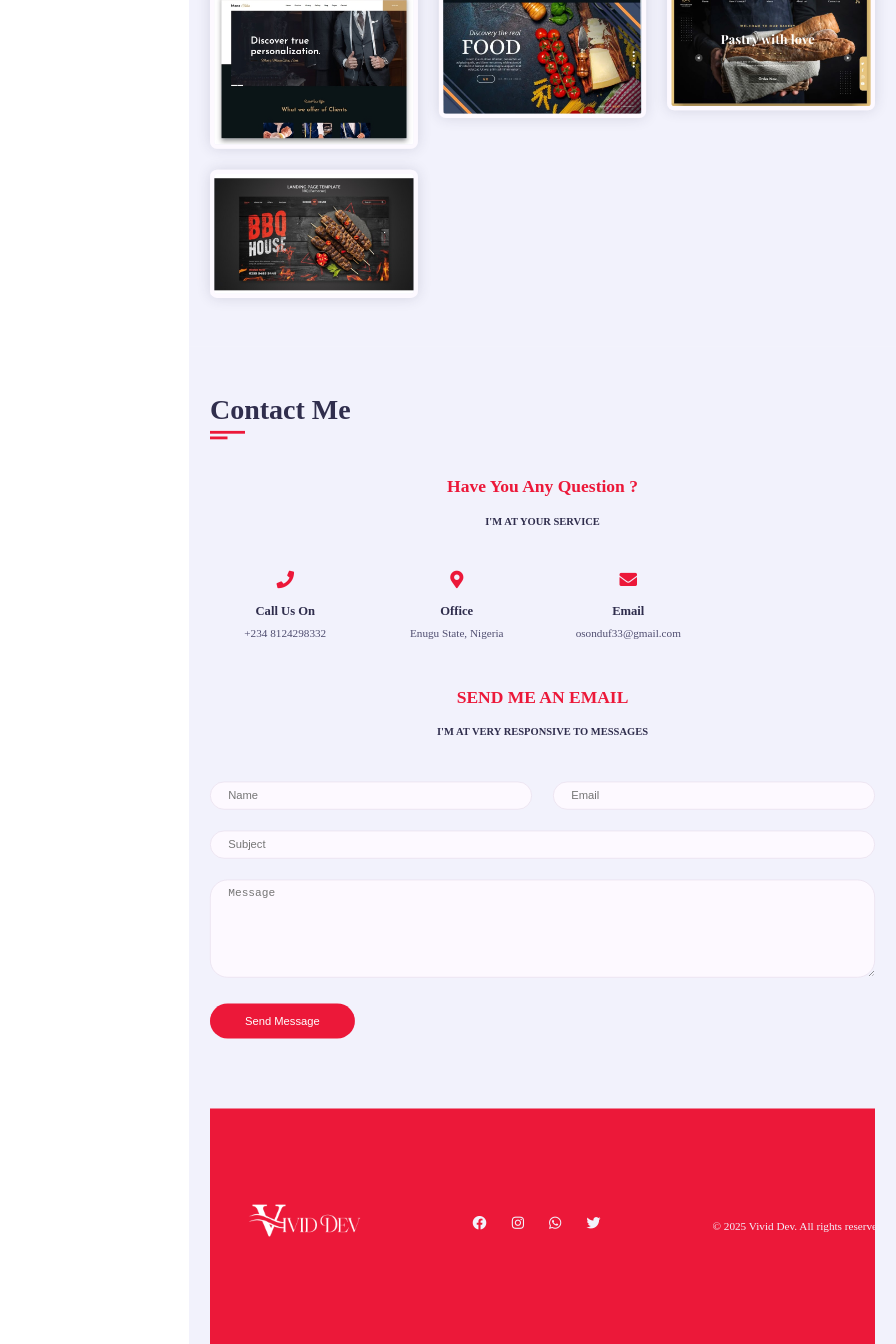
Repository: Big-Fave1/vivid-dev-portfolio
Page: build/index.html
An editor plug-in stored every save of this project. The page is shown before and after the next save, followed by the edit.
The browser window is 1280 px wide. The pictures show the part of the page from y = 2892 to 4812 px (the page is 4812 px tall before and 4742 px after), at 70% of full size.
Some web fonts or font styles are not loaded; a fallback is used.

Above is the page before, as saved 2025-06-19 19:36:13.

After the next save:
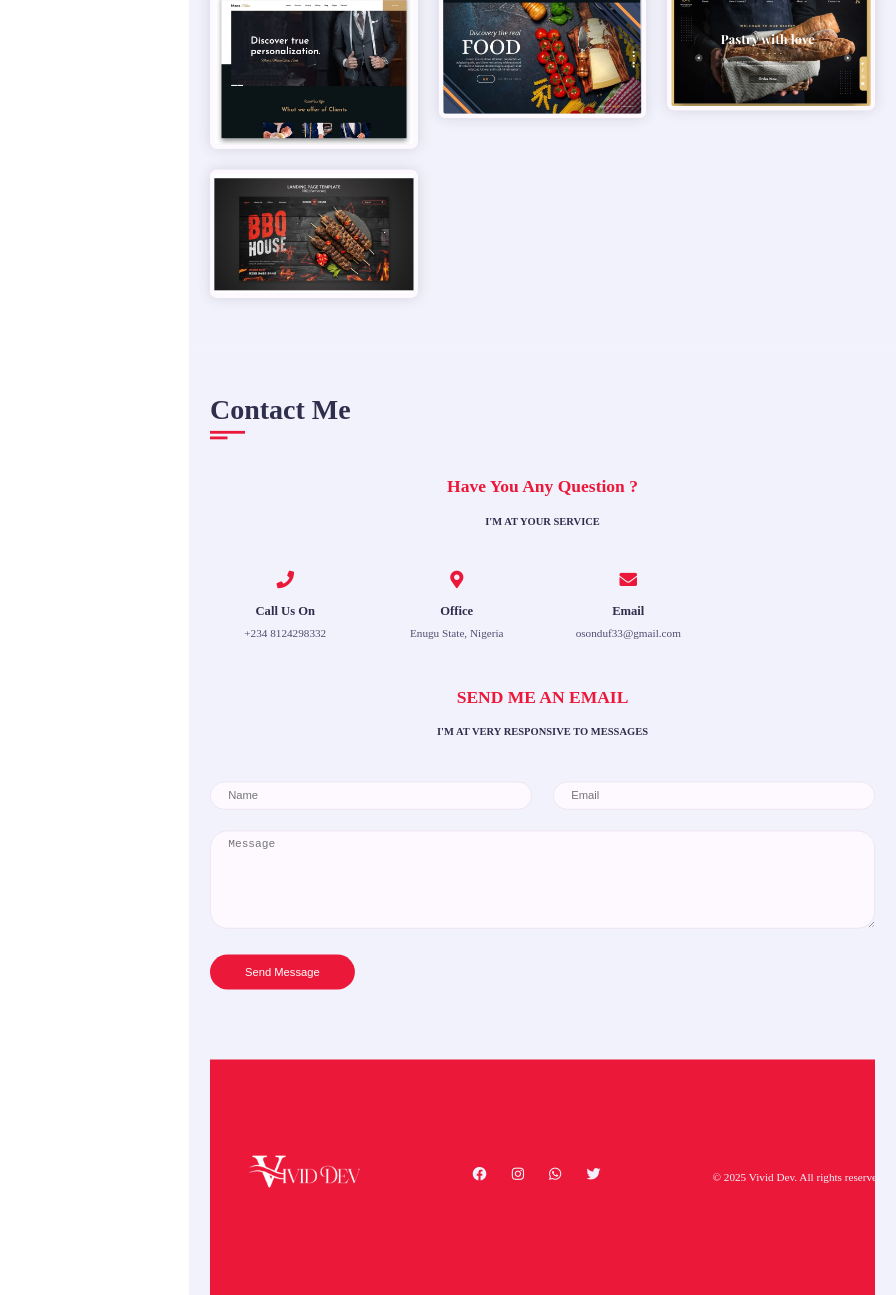
Saved 2 days later.
--- a/build/index.html
+++ b/build/index.html
@@ -352,13 +352,6 @@
     <div class="row">
         <div class="form-item col-12 padd-15">
             <div class="form-group">
-                <input type="text" name="subject" class="form-control" placeholder="Subject" required>
-            </div>
-        </div>
-    </div>
-    <div class="row">
-        <div class="form-item col-12 padd-15">
-            <div class="form-group">
                 <textarea name="message" class="form-control" placeholder="Message" required></textarea>
             </div>
         </div>
